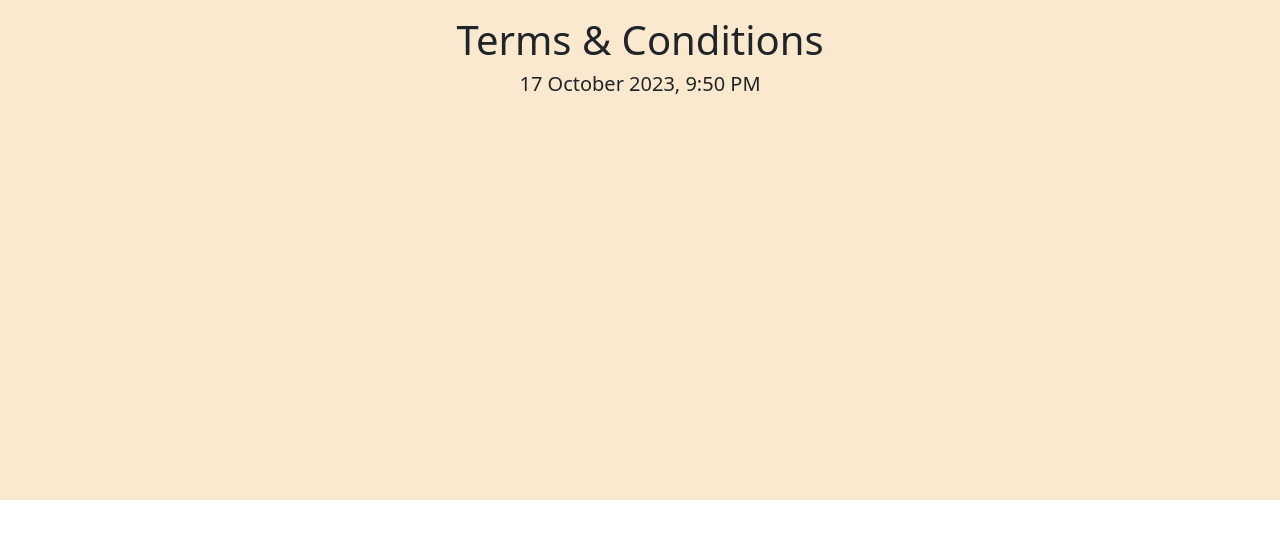
Repository: injectGroup/github.io
Page: terms.html
These files come from the project's save history. The page is drawn as it stood at one moment and after the next save; the edit follows.
The browser window is 1280 px wide. The pictures show the whole page.

Above is the page before, as saved 2023-11-29 12:56:30.

### terms.html
<!doctype html>
<html lang="en">

<head>
    <meta charset="utf-8">
    <meta name="viewport" content="width=device-width, initial-scale=1">
    <title>Bootstrap demo</title>
    <!-- GOULD CUSTOM CSS-->
    <link rel="stylesheet" href="/gouldwalletlegal/css/gouldcustom.css">
    <!--- BOOTSTRAP CDN -->
    <link href="https://cdn.jsdelivr.net/npm/bootstrap@5.3.2/dist/css/bootstrap.min.css" rel="stylesheet"
        integrity="sha384-T3c6CoIi6uLrA9TneNEoa7RxnatzjcDSCmG1MXxSR1GAsXEV/Dwwykc2MPK8M2HN" crossorigin="anonymous">
</head>

<body>
    <!-- Content here -->
    <div class="container-fluid text-center terms-content">
        <div class="row align-items-center">
            <div class="col align-self-center">
                <h1 class="text-center">
                    Terms & Conditions
                </h1>
            </div>
        </div>
        <div class="row align-items-center">
            <div class="col align-self-center">
                <h5 class="version-date">
                    17 October 2023, 9:50 PM
                </h5>
            </div>
        </div>
    </div>
    <!-- BOOTSTRAP JS-->
    <script src="https://cdn.jsdelivr.net/npm/bootstrap@5.3.2/dist/js/bootstrap.bundle.min.js"
        integrity="sha384-C6RzsynM9kWDrMNeT87bh95OGNyZPhcTNXj1NW7RuBCsyN/o0jlpcV8Qyq46cDfL"
        crossorigin="anonymous"></script>
</body>

</html>

### gouldwalletlegal/css/gouldcustom.css
/*
 *AUTHOR: Abdulkadir Mohammed @ Inject
 *DATE: Wed 29 November 2023
  *
 *This is a custom css for gould wallet.
 */
/*****************************
 *********** HEAD ***********
 *****************************/
.terms-content {
    background-color: #FAE9CE;
    padding: 16px 0px 16px 0px;
    height: 500px;
    width: 100%;
    padding-right: 15px;
    padding-left: 15px;
    margin-right: auto;
    margin-left: auto;
    display: block;
    box-sizing: border-box;
}

.version {
    width: 100px;
    background-color: #F7C132;
    padding: 15px;
    margin-right: auto;
    margin-left: auto;
    display: block;
    box-sizing: border-box;
}

.version-number {
    background-color: #F9D77E;
    padding: 15px;
    margin-right: auto;
    margin-left: auto;
    display: block;
    box-sizing: border-box;
}


/*****************************
  *********** BODY ***********
 *****************************/

/*****************************
 *********** FOOTER ***********
*****************************/

After the next save:
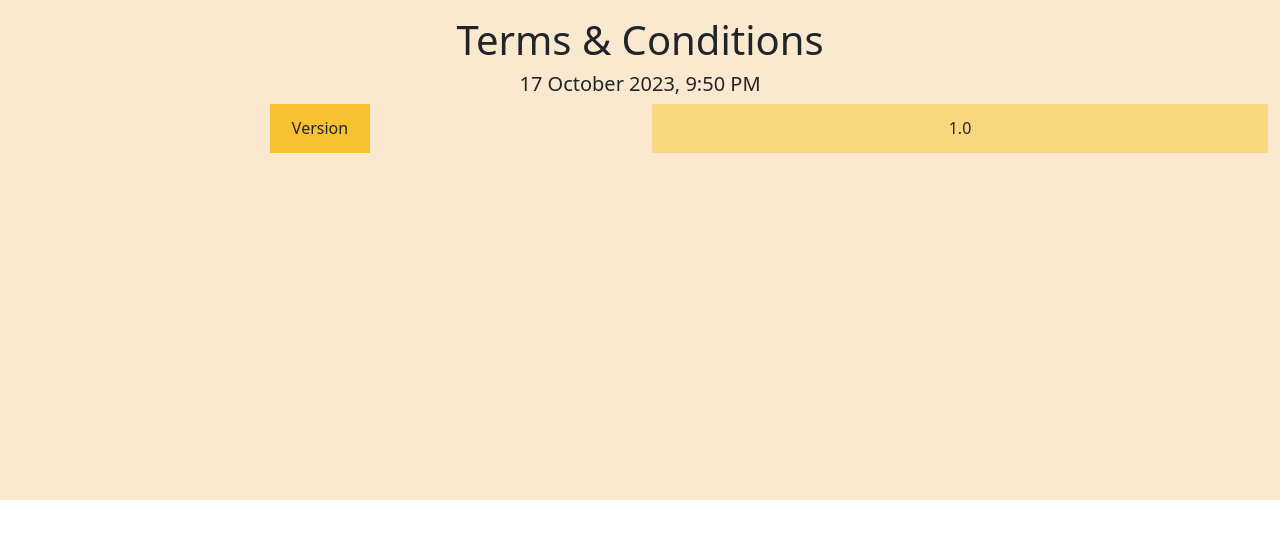
Saved 94 s later.
--- a/terms.html
+++ b/terms.html
@@ -23,10 +23,16 @@
             </div>
         </div>
         <div class="row align-items-center">
+            <h5 class="version-date">
+                17 October 2023, 9:50 PM
+            </h5>
             <div class="col align-self-center">
-                <h5 class="version-date">
-                    17 October 2023, 9:50 PM
-                </h5>
+                <h6 class="version">
+                    Version
+                </h6>
+            </div>
+            <div class="col">
+                <h6 class="version-number">1.0</h6>
             </div>
         </div>
     </div>
